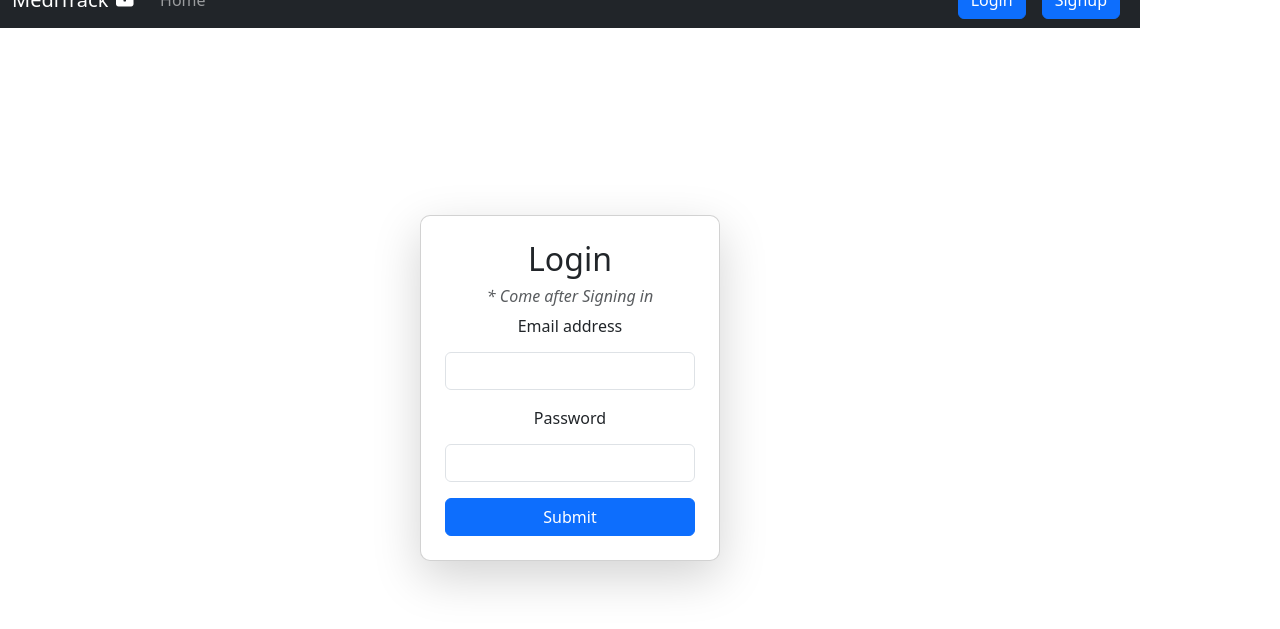
Repository: rahul-chakradhari/PillWise
Page: /history (app in frontend/)
An editor plug-in stored every save of this project. The page is shown before and after a run of saves, followed by the edit.
The browser window is 1280 px wide. The pictures show the whole page.
The project was rebuilt for these pictures with package versions that can differ from the ones it lists, and the page was loaded fresh each time. Also part of the build but not shown: frontend/vite.config.js, frontend/src/components/Home.jsx, frontend/src/components/History.jsx, frontend/src/components/Remainder.jsx, frontend/src/components/Doctors.jsx, frontend/src/components/Healthy.jsx, frontend/src/components/Prescription.jsx, frontend/src/components/Signup.jsx.

Above is the page before, as saved 2025-03-10 15:05:40.

After the next 2 saves:
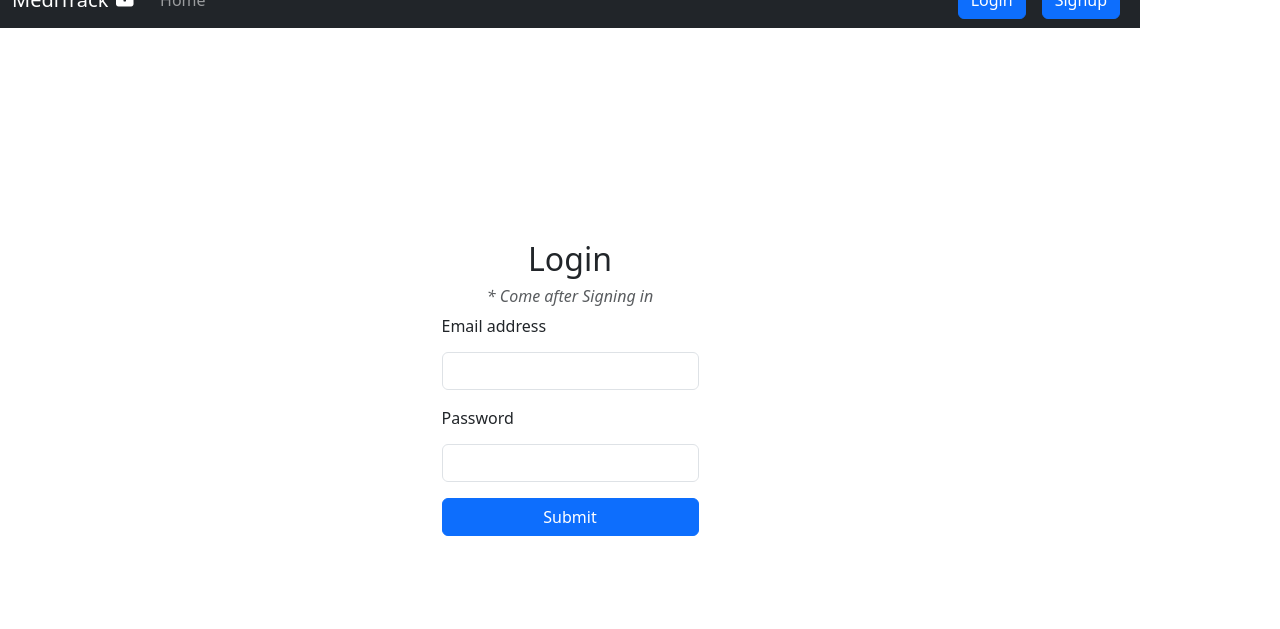
The 2 saves are shown as one change because 1 did not build or start.
The last was saved 30 s later.
--- a/frontend/src/components/Login.jsx
+++ b/frontend/src/components/Login.jsx
@@ -30,44 +30,42 @@
 
   return (
     <div className="container d-flex justify-content-center align-items-center vh-100">
-      <div className="card p-4 shadow-lg" style={{ width: "400px" }}>
-        <form onSubmit={handleSubmit}>
-          <h2 className="text-center">Login</h2>
-          <h6 className="text-center text-muted">
-            <i>* Come after Signing in</i>
-            <br />
-          </h6>
-          <div className="mb-3">
-            <label htmlFor="exampleInputEmail1" className="form-label">
-              Email address
-            </label>
-            <input
-              type="email"
-              className="form-control"
-              id="exampleInputEmail1"
-              value={email}
-              onChange={(e) => setEmail(e.target.value)}
-              required
-            />
-          </div>
-          <div className="mb-3">
-            <label htmlFor="exampleInputPassword1" className="form-label">
-              Password
-            </label>
-            <input
-              type="password"
-              className="form-control"
-              id="exampleInputPassword1"
-              value={password}
-              onChange={(e) => setPassword(e.target.value)}
-              required
-            />
-          </div>
-          <button type="submit" className="btn btn-primary w-100">
-            Submit
-          </button>
-        </form>
-      </div>
+      <form onSubmit={handleSubmit}>
+        <h2 className="text-center">Login</h2>
+        <h6 className="text-center text-muted">
+          <i>* Come after Signing in</i>
+          <br />
+        </h6>
+        <div className="mb-3">
+          <label htmlFor="exampleInputEmail1" className="form-label">
+            Email address
+          </label>
+          <input
+            type="email"
+            className="form-control"
+            id="exampleInputEmail1"
+            value={email}
+            onChange={(e) => setEmail(e.target.value)}
+            required
+          />
+        </div>
+        <div className="mb-3">
+          <label htmlFor="exampleInputPassword1" className="form-label">
+            Password
+          </label>
+          <input
+            type="password"
+            className="form-control"
+            id="exampleInputPassword1"
+            value={password}
+            onChange={(e) => setPassword(e.target.value)}
+            required
+          />
+        </div>
+        <button type="submit" className="btn btn-primary w-100">
+          Submit
+        </button>
+      </form>
     </div>
   );
 };

After the save that followed:
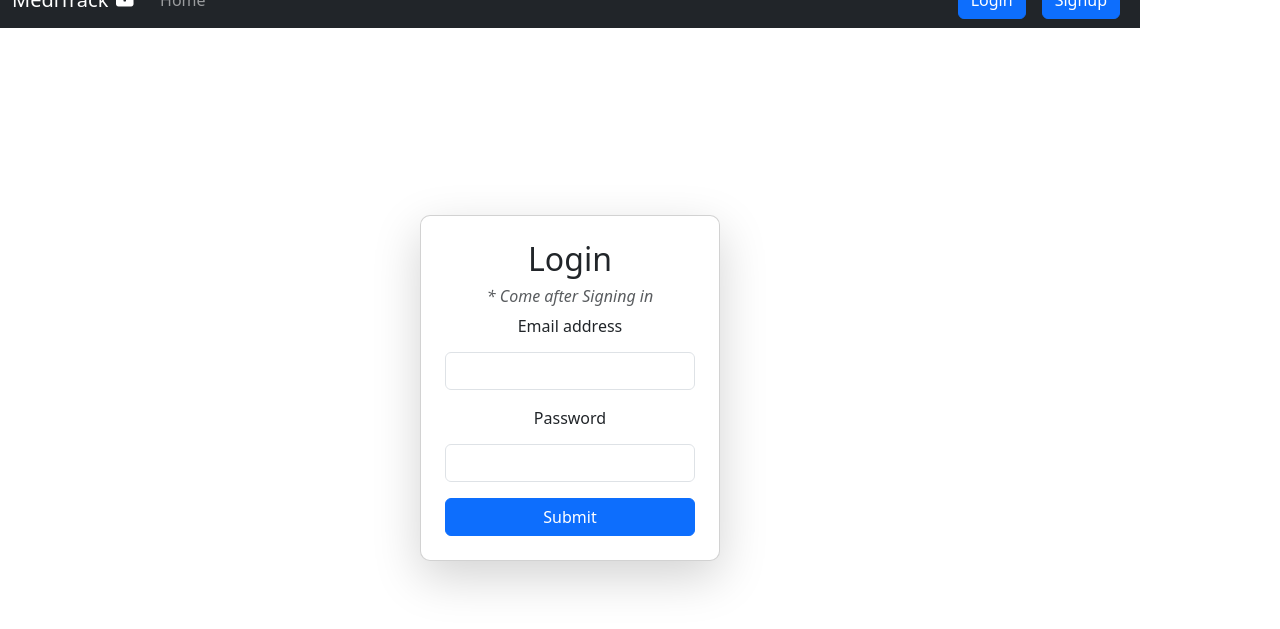
Saved 42 s later.
--- a/frontend/src/components/Login.jsx
+++ b/frontend/src/components/Login.jsx
@@ -30,42 +30,44 @@
 
   return (
     <div className="container d-flex justify-content-center align-items-center vh-100">
-      <form onSubmit={handleSubmit}>
-        <h2 className="text-center">Login</h2>
-        <h6 className="text-center text-muted">
-          <i>* Come after Signing in</i>
-          <br />
-        </h6>
-        <div className="mb-3">
-          <label htmlFor="exampleInputEmail1" className="form-label">
-            Email address
-          </label>
-          <input
-            type="email"
-            className="form-control"
-            id="exampleInputEmail1"
-            value={email}
-            onChange={(e) => setEmail(e.target.value)}
-            required
-          />
-        </div>
-        <div className="mb-3">
-          <label htmlFor="exampleInputPassword1" className="form-label">
-            Password
-          </label>
-          <input
-            type="password"
-            className="form-control"
-            id="exampleInputPassword1"
-            value={password}
-            onChange={(e) => setPassword(e.target.value)}
-            required
-          />
-        </div>
-        <button type="submit" className="btn btn-primary w-100">
-          Submit
-        </button>
-      </form>
+      <div className="card p-4 shadow-lg" style={{ width: "400px" }}>
+        <form onSubmit={handleSubmit}>
+          <h2 className="text-center">Login</h2>
+          <h6 className="text-center text-muted">
+            <i>* Come after Signing in</i>
+            <br />
+          </h6>
+          <div className="mb-3">
+            <label htmlFor="exampleInputEmail1" className="form-label">
+              Email address
+            </label>
+            <input
+              type="email"
+              className="form-control"
+              id="exampleInputEmail1"
+              value={email}
+              onChange={(e) => setEmail(e.target.value)}
+              required
+            />
+          </div>
+          <div className="mb-3">
+            <label htmlFor="exampleInputPassword1" className="form-label">
+              Password
+            </label>
+            <input
+              type="password"
+              className="form-control"
+              id="exampleInputPassword1"
+              value={password}
+              onChange={(e) => setPassword(e.target.value)}
+              required
+            />
+          </div>
+          <button type="submit" className="btn btn-primary w-100">
+            Submit
+          </button>
+        </form>
+      </div>
     </div>
   );
 };
